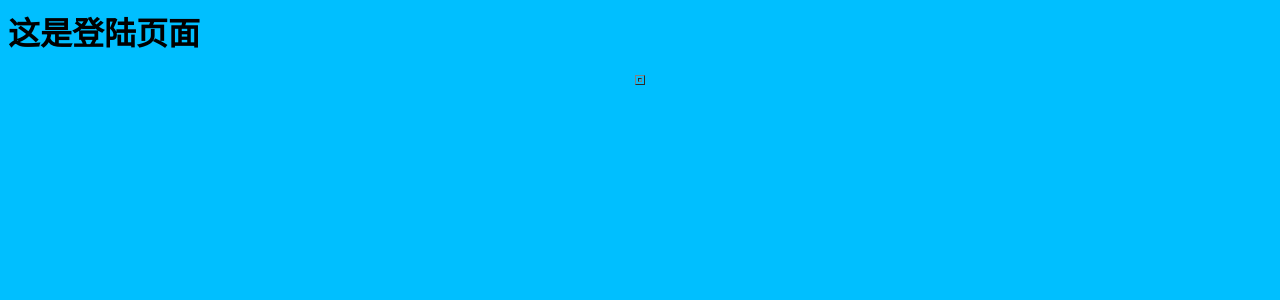
Repository: Fuhai-Chen/javaweb
Page: http://localhost/Chapter_4_example/reponse_comprehensive/login.jsp
The author's editor kept a copy of each file at every save. The page is drawn from the files as they stood at one save, then again after the next save.
The browser window is 1280 px wide. The pictures show the whole page.
The page is served by Tomcat 9.

Above is the page before, as saved 2020-09-24 01:00:54.

### Chapter_4_example/WebRoot/reponse_comprehensive/login.jsp
<%@ page language="java" import="java.util.*" pageEncoding="UTF-8"%>
<%
String path = request.getContextPath();
String basePath = request.getScheme()+"://"+request.getServerName()+":"+request.getServerPort()+path+"/";
%>

<!DOCTYPE HTML PUBLIC "-//W3C//DTD HTML 4.01 Transitional//EN">
<html>
  <head>
    <base href="<%=basePath%>">

    <title>reponse方法综合实例</title>

	<meta http-equiv="pragma" content="no-cache">
	<meta http-equiv="cache-control" content="no-cache">
	<meta http-equiv="expires" content="0">
	<meta http-equiv="keywords" content="keyword1,keyword2,keyword3">
	<meta http-equiv="description" content="This is my page">
	<!--
	<link rel="stylesheet" type="text/css" href="styles.css">
	-->

  </head>

  <body style="background-color: deepskyblue">
  	<%
  		String username = "";//初始化
  		String password = "";
  		Cookie[] cookies = request.getCookies();
  		if(cookies != null && cookies.length > 0){
  			for(Cookie cookie : cookies){
  				if(cookie.getName().equals("username")){
  					username = cookie.getValue();
  				}
  				if(cookie.getName().equals("password")){
  					password = cookie.getValue();
  				}
  				response.addCookie(cookie);
  			}

  		}
  	 %>
  	<form action = "reponse_comprehensive" method="post">
  		<h1>这是登陆页面</h1>
  		<table border = "1" align = "center">
  			<tr>
  				<td>


  				</td>


  			</tr>


  		</table>
  	</form>
  </body>
</html>

After the next save:
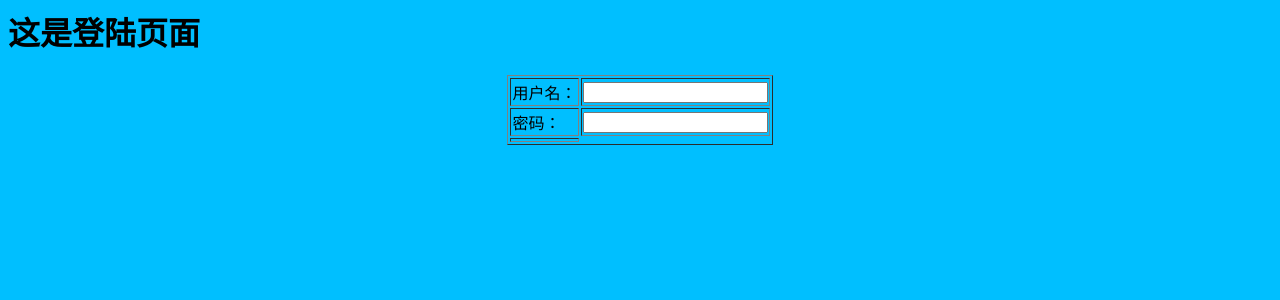
Saved 6 min 24 s later.
--- a/Chapter_4_example/WebRoot/reponse_comprehensive/login.jsp
+++ b/Chapter_4_example/WebRoot/reponse_comprehensive/login.jsp
@@ -45,11 +45,24 @@ String basePath = request.getScheme()+"://"+request.getServerName()+":"+request.
   		<table border = "1" align = "center">
   			<tr>
   				<td>
-
+  					用户名：
+  				</td>
+  				<td>
+  					<input type = "text" name = "username" value = "<%= username %>">
+  				</td>
+  			</tr>
+  			<tr>
+  				<td>
+  					密码：
+  				</td>
+  				<td>
+  					<input type = "password" name = "password" value = "<%= username %>">
+  				</td>
+  			</tr>
+  			<tr>
+  				<td colspan>
 
   				</td>
-
-
   			</tr>
 
 
